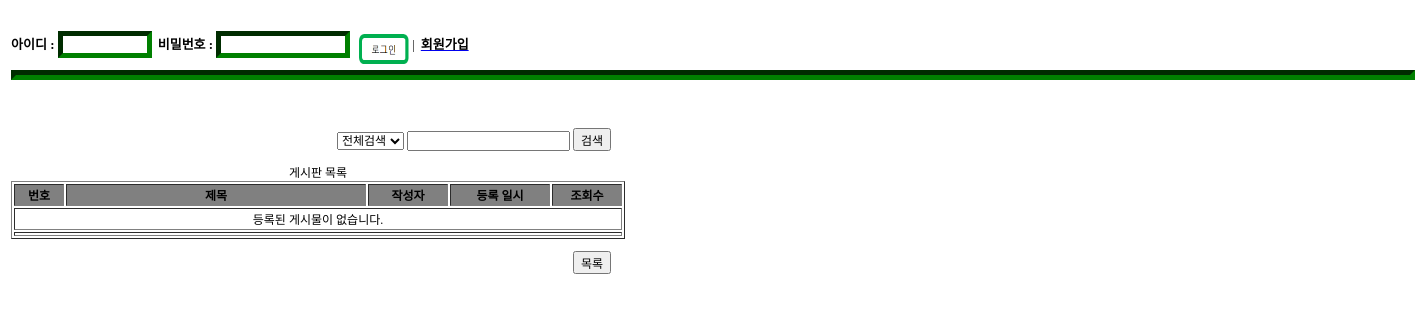
Repository: Pangyo/Study_Web_Basic
Page: http://localhost/BlindHelperServer/log/index.jsp
An editor plug-in stored every save of this project. The page is shown before and after the next save, followed by the edit.
The browser window is 1280 px wide. The page is 1415 px wide, so the pictures cover 1415 px, including what lies to the right of the window. The pictures show the whole page.
The page is served by Tomcat 9. Other server files are loaded and not shown. Queries for data that is not in the repository find no rows. The template is opened directly, without the code that normally fills it, so the values that code supplies are empty.

Above is the page before, as saved 2015-12-16 12:37:02.

### BlindHelperServer/WebContent/board/boardList.jsp
<%@ page language="java" contentType="text/html; charset=UTF-8" pageEncoding="UTF-8"%>
<%@ page import="java.sql.*" %>
<%
	// 사용할 객체 초기화
	Connection conn = null;
	PreparedStatement pstmt = null;
	ResultSet rs = null;
	int pageNumTemp = 1;
	int listCount = 10;
	int pagePerBlock = 10;
	String whereSQL = "";
	// 파라미터
	String pageNum = request.getParameter("pageNum");
	String searchType = request.getParameter("searchType");
	String searchText = request.getParameter("searchText");
	// 파라미터 초기화
	if (searchText == null) {
		searchType = "";
		searchText = "";
	}
	if (pageNum != null) {
		pageNumTemp = Integer.parseInt(pageNum);
	}
	// 한글파라미터 처리
	String searchTextUTF8 = new String(searchText.getBytes("ISO-8859-1"), "UTF-8");
	// 데이터베이스 커넥션 및 질의문 실행
	// 검색어 쿼리문 생성
	if (!"".equals(searchText)) {
		if ("ALL".equals(searchType)) {
			whereSQL = " WHERE SUBJECT LIKE CONCAT('%',?,'%') OR WRITER LIKE CONCAT('%',?,'%') OR CONTENTS LIKE CONCAT('%',?,'%') ";
		} else if ("SUBJECT".equals(searchType)) {
			whereSQL = " WHERE SUBJECT LIKE CONCAT('%',?,'%') ";
		} else if ("WRITER".equals(searchType)) {
			whereSQL = " WHERE WRITER LIKE CONCAT('%',?,'%') ";
		} else if ("CONTENTS".equals(searchType)) {
			whereSQL = " WHERE CONTENTS LIKE CONCAT('%',?,'%') ";
		}
	}
	try {
		Class.forName("com.mysql.jdbc.Driver");
		conn = DriverManager.getConnection(
				//"jdbc:mysql://127.0.0.1:3306/blindhelperdb", "root", "1234");
				"jdbc:mysql://dxline1.cmlwnkhzvew3.us-west-2.rds.amazonaws.com:3306/dxlinedb", "lyu", "dladusdnr");
		// 게시물의 총 수를 얻는 쿼리 실행
		pstmt = conn.prepareStatement("SELECT COUNT(NUM) AS TOTAL FROM BOARD" + whereSQL);
		if (!"".equals(whereSQL)) {
			if ("ALL".equals(searchType)) {
				pstmt.setString(1, searchTextUTF8);
				pstmt.setString(2, searchTextUTF8);
				pstmt.setString(3, searchTextUTF8);
			} else {
				pstmt.setString(1, searchTextUTF8);
			}
		}
		rs = pstmt.executeQuery();
		rs.next();
		int totalCount = rs.getInt("TOTAL");
		// 게시물 목록을 얻는 쿼리 실행
		pstmt = conn.prepareStatement("SELECT NUM, SUBJECT, WRITER, REG_DATE, HIT FROM BOARD "+whereSQL+" ORDER BY NUM DESC LIMIT ?, ?");
		if (!"".equals(whereSQL)) {
			// 전체검색일시
			if ("ALL".equals(searchType)) {
				pstmt.setString(1, searchTextUTF8);
				pstmt.setString(2, searchTextUTF8);
				pstmt.setString(3, searchTextUTF8);
				pstmt.setInt(4, listCount * (pageNumTemp-1));
				pstmt.setInt(5, listCount);
			} else {
				pstmt.setString(1, searchTextUTF8);
				pstmt.setInt(2, listCount * (pageNumTemp-1));
				pstmt.setInt(3, listCount);
			}
		} else {
			pstmt.setInt(1, listCount * (pageNumTemp-1));
			pstmt.setInt(2, listCount);
		}
		rs = pstmt.executeQuery();
%>
<!DOCTYPE html PUBLIC "-//W3C//DTD XHTML 1.0 Transitional//EN" "http://www.w3.org/TR/xhtml1/DTD/xhtml1-transitional.dtd">
<html xmlns="http://www.w3.org/1999/xhtml">
<head>
<meta http-equiv="Content-Type" content="text/html; charset=UTF-8"></meta>
<title>게시판 목록</title>
<style type="text/css">
	* {font-size: 9pt;}
	p {width: 600px; text-align: right;}
	table thead tr th {background-color: gray;}
</style>
<script type="text/javascript">
	function goUrl(url) {
		location.href=url;
	}
	// 검색 폼 체크
	function searchCheck() {
		var form = document.searchForm;
		if (form.searchText.value == '') {
			alert('검색어를 입력하세요.');
			form.searchText.focus();
			return false;
		}
		return true;
	}
</script>
</head>
<body>
	<form name="searchForm" action="boardList.jsp" method="get" onsubmit="return searchCheck();" >
	<p>
		<select name="searchType">
			<option value="ALL" selected="selected">전체검색</option>
			<option value="SUBJECT" <%if ("SUBJECT".equals(searchType)) out.print("selected=\"selected\""); %>>제목</option>
			<option value="WRITER" <%if ("WRITER".equals(searchType)) out.print("selected=\"selected\""); %>>작성자</option>
			<option value="CONTENTS" <%if ("CONTENTS".equals(searchType)) out.print("selected=\"selected\""); %>>내용</option>
		</select>
		<input type="text" name="searchText" value="<%=searchTextUTF8%>" />
		<input type="submit" value="검색" />
	</p>
	</form>
	<table border="1" summary="게시판 목록">
		<caption>게시판 목록</caption>
		<colgroup>
			<col width="50" />
			<col width="300" />
			<col width="80" />
			<col width="100" />
			<col width="70" />
		</colgroup>
		<thead>
			<tr>
				<th>번호</th>
				<th>제목</th>
				<th>작성자</th>
				<th>등록 일시</th>
				<th>조회수</th>
			</tr>
		</thead>
		<tbody>
			<%
			if (totalCount == 0) {
			%>
			<tr>
				<td align="center" colspan="5">등록된 게시물이 없습니다.</td>
			</tr>
			<%
			} else {
				int i = 0;
				while (rs.next()) {
					i++;
			%>
			<tr>
				<td align="center"><%=totalCount - i + 1 - (pageNumTemp - 1) * listCount %></td>
				<td><a href="boardView.jsp?num=<%=rs.getInt("NUM")%>&amp;pageNum=<%=pageNumTemp%>&amp;searchType=<%=searchType%>&amp;searchText=<%=searchText%>"><%=rs.getString("SUBJECT") %></a></td>
				<td align="center"><%=rs.getString("WRITER") %></td>
				<td align="center"><%=rs.getString("REG_DATE").substring(0, 10) %></td>
				<td align="center"><%=rs.getInt("HIT") %></td>
			</tr>
			<%
				}
			}
			%>
		</tbody>
		<tfoot>
			<tr>
				<td align="center" colspan="5">
				<%
				// 페이지 네비게이터
				if(totalCount > 0) {
					int totalNumOfPage = (totalCount % listCount == 0) ?
							totalCount / listCount :
							totalCount / listCount + 1;

					int totalNumOfBlock = (totalNumOfPage % pagePerBlock == 0) ?
							totalNumOfPage / pagePerBlock :
							totalNumOfPage / pagePerBlock + 1;

					int currentBlock = (pageNumTemp % pagePerBlock == 0) ?
							pageNumTemp / pagePerBlock :
							pageNumTemp / pagePerBlock + 1;

					int startPage = (currentBlock - 1) * pagePerBlock + 1;
					int endPage = startPage + pagePerBlock - 1;

					if(endPage > totalNumOfPage)
						endPage = totalNumOfPage;
					boolean isNext = false;
					boolean isPrev = false;
					if(currentBlock < totalNumOfBlock)
						isNext = true;
					if(currentBlock > 1)
						isPrev = true;
					if(totalNumOfBlock == 1){
						isNext = false;
						isPrev = false;
					}
					StringBuffer sb = new StringBuffer();
					if(pageNumTemp > 1){
						sb.append("<a href=\"").append("boardList.jsp?pageNum=1&amp;searchType="+searchType+"&amp;searchText="+searchText);
						sb.append("\" title=\"<<\"><<</a>&nbsp;");
					}
					if (isPrev) {
						int goPrevPage = startPage - pagePerBlock;
						sb.append("&nbsp;&nbsp;<a href=\"").append("boardList.jsp?pageNum="+goPrevPage+"&amp;searchType="+searchType+"&amp;searchText="+searchText);
						sb.append("\" title=\"<\"><</a>");
					} else {

					}
					for (int i = startPage; i <= endPage; i++) {
						if (i == pageNumTemp) {
							sb.append("<a href=\"#\"><strong>").append(i).append("</strong></a>&nbsp;&nbsp;");
						} else {
							sb.append("<a href=\"").append("boardList.jsp?pageNum="+i+"&amp;searchType="+searchType+"&amp;searchText="+searchText);
							sb.append("\" title=\""+i+"\">").append(i).append("</a>&nbsp;&nbsp;");
						}
					}
					if (isNext) {
						int goNextPage = startPage + pagePerBlock;

						sb.append("<a href=\"").append("boardList.jsp?pageNum="+goNextPage+"&amp;searchType="+searchType+"&amp;searchText="+searchText);
						sb.append("\" title=\">\">></a>");
					} else {

					}
					if(totalNumOfPage > pageNumTemp){
						sb.append("&nbsp;&nbsp;<a href=\"").append("boardList.jsp?pageNum="+totalNumOfPage+"&amp;searchType="+searchType+"&amp;searchText="+searchText);
						sb.append("\" title=\">>\">>></a>");
					}
					out.print(sb.toString());
				}
				%>
				</td>
			</tr>
		</tfoot>
	</table>
	<p>
	<%
		int test = (int)request.getAttribute("test");
		int test1 = 0;
		if (test1 == 0) {
	%>
		<input type="button" value="목록" onclick="goUrl('boardList.jsp');" />
	<%
		} else {
	%>
		<input type="button" value="글쓰기" onclick="goUrl('boardWriteForm.jsp');" />
	<%
		}
	%>
	</p>
</body>
</html>
<%
	} catch (Exception e) {
		e.printStackTrace();
	} finally {
		if (rs != null) rs.close();
		if (pstmt != null) pstmt.close();
		if (conn != null) conn.close();
	}
%>

After the next save:
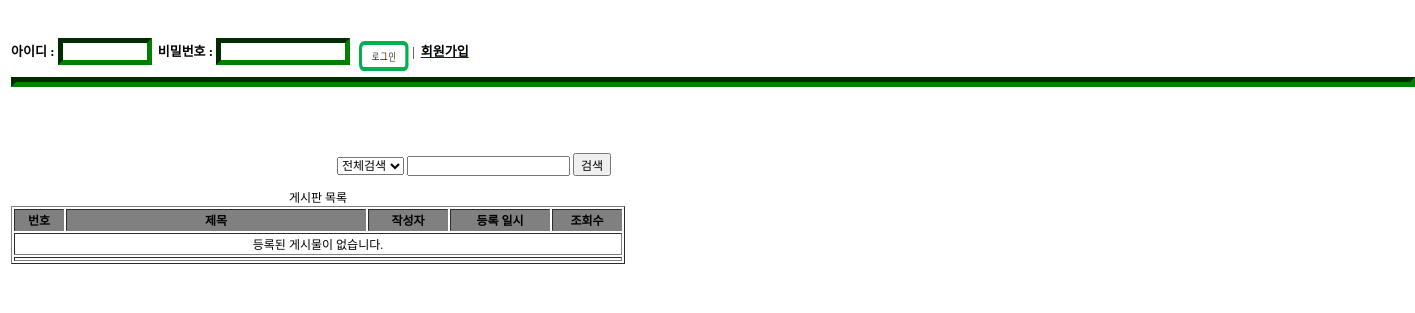
Saved 102 s later.
--- a/BlindHelperServer/WebContent/board/boardList.jsp
+++ b/BlindHelperServer/WebContent/board/boardList.jsp
@@ -232,7 +232,7 @@
 	</table>
 	<p>
 	<%
-		int test = (int)request.getAttribute("test");
+		String test = (String)request.getAttribute("test");
 		int test1 = 0;
 		if (test1 == 0) {
 	%>
